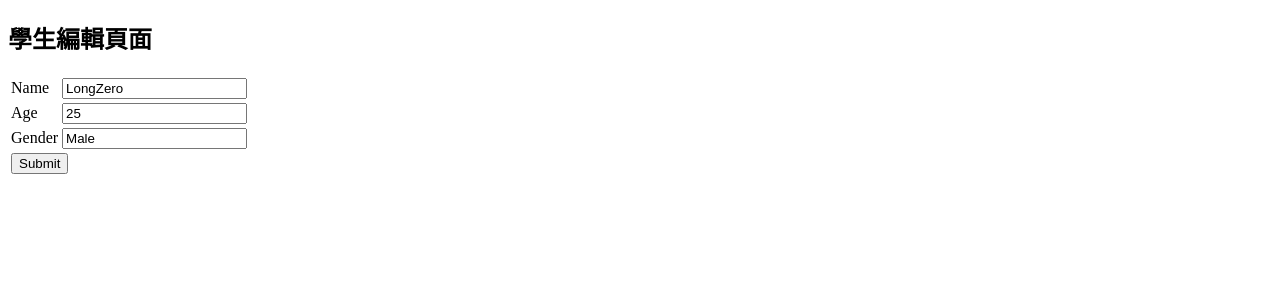
Repository: AirconChen/PracticeSpringMVC
Page: http://localhost/FormSpringMVCWAR/demo/edit
The author's editor kept a copy of each file at every save. The page is drawn from the files as they stood at one save, then again after a run of saves.
The browser window is 1280 px wide. The pictures show the whole page.
The page is served by Tomcat 9. Other server files are loaded and not shown.

Above is the page before, as saved 2015-11-11 04:17:31.

### FormSpringMVCWAR/WebContent/WEB-INF/jsp/edit.jsp
<%@ page language="java" contentType="text/html; charset=utf-8" pageEncoding="utf-8"%>
<%@taglib uri="http://www.springframework.org/tags/form" prefix="form"%>
<!DOCTYPE html PUBLIC "-//W3C//DTD HTML 4.01 Transitional//EN" "http://www.w3.org/TR/html4/loose.dtd">
<html>
<head>
<meta http-equiv="Content-Type" content="text/html; charset=utf-8">
<title>學生編輯頁面</title>
</head>
<body>
	<h2>學生編輯頁面</h2>
<%-- 	<form method="POST" action="/demo/result"> --%>
<!-- 		<label for="name">姓名 -->
<!-- 		<input type="text" name="name" value=""/> -->
<!-- 		</label> -->
<!-- 		<label for="gender">性別 -->
<!-- 		<input type="text" name="gender" value=""/> -->
<!-- 		</label> -->
<!-- 		<label for="age">年齡 -->
<!-- 		<input type="text" name="age" value=""/> -->
<!-- 		</label> -->
<!-- 		<input type="submit" value="送出"/> -->
<%-- 	</form> --%>


	<form:form method="POST" action="/demo/result">
		<table>
			<tr>
				<td><form:label path="name">Name</form:label></td>
				<td><form:input path="name" /></td>
			</tr>
			<tr>
				<td><form:label path="age">Age</form:label></td>
				<td><form:input path="age" /></td>
			</tr>
			<tr>
				<td><form:label path="gender">Gender</form:label></td>
				<td><form:input path="gender" /></td>
			</tr>
			<tr>
				<td colspan="2"><input type="submit" value="Submit" /></td>
			</tr>
		</table>
	</form:form>
</body>
</html>

### FormSpringMVCWAR/src/com/fpg/ec/modal/Student.java
package com.fpg.ec.modal;

public class Student {
	private String name;
	private String gender;
	private String age;



	public String getName() {
		return name;
	}
	public void setName(String name) {
		this.name = name;
	}
	public String getGender() {
		return gender;
	}
	public void setGender(String gender) {
		this.gender = gender;
	}
	public String getAge() {
		return age;
	}
	public void setAge(String age) {
		this.age = age;
	}


}

After the next 2 saves:
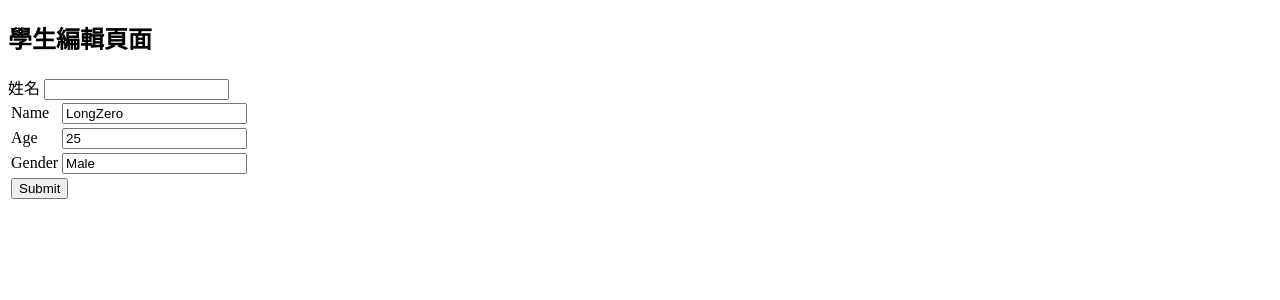
The 2 saves are shown as one change because they came seconds apart.
The last was saved 75 s later.
--- a/FormSpringMVCWAR/WebContent/WEB-INF/jsp/edit.jsp
+++ b/FormSpringMVCWAR/WebContent/WEB-INF/jsp/edit.jsp
@@ -1,4 +1,5 @@
-<%@ page language="java" contentType="text/html; charset=utf-8" pageEncoding="utf-8"%>
+<%@ page language="java" contentType="text/html; charset=utf-8"
+	pageEncoding="utf-8"%>
 <%@taglib uri="http://www.springframework.org/tags/form" prefix="form"%>
 <!DOCTYPE html PUBLIC "-//W3C//DTD HTML 4.01 Transitional//EN" "http://www.w3.org/TR/html4/loose.dtd">
 <html>
@@ -8,21 +9,23 @@
 </head>
 <body>
 	<h2>學生編輯頁面</h2>
-<%-- 	<form method="POST" action="/demo/result"> --%>
-<!-- 		<label for="name">姓名 -->
-<!-- 		<input type="text" name="name" value=""/> -->
-<!-- 		</label> -->
-<!-- 		<label for="gender">性別 -->
-<!-- 		<input type="text" name="gender" value=""/> -->
-<!-- 		</label> -->
-<!-- 		<label for="age">年齡 -->
-<!-- 		<input type="text" name="age" value=""/> -->
-<!-- 		</label> -->
-<!-- 		<input type="submit" value="送出"/> -->
-<%-- 	</form> --%>
+	<%-- 	<form method="POST" action="/demo/result"> --%>
+	<!-- 		<label for="name">姓名 -->
+	<!-- 		<input type="text" name="name" value=""/> -->
+	<!-- 		</label> -->
+	<!-- 		<label for="gender">性別 -->
+	<!-- 		<input type="text" name="gender" value=""/> -->
+	<!-- 		</label> -->
+	<!-- 		<label for="age">年齡 -->
+	<!-- 		<input type="text" name="age" value=""/> -->
+	<!-- 		</label> -->
+	<!-- 		<input type="submit" value="送出"/> -->
+	<%-- 	</form> --%>
 
 
 	<form:form method="POST" action="/demo/result">
+		<label for="name">姓名 <input type="text" name="name" value="" />
+		</label>
 		<table>
 			<tr>
 				<td><form:label path="name">Name</form:label></td>
